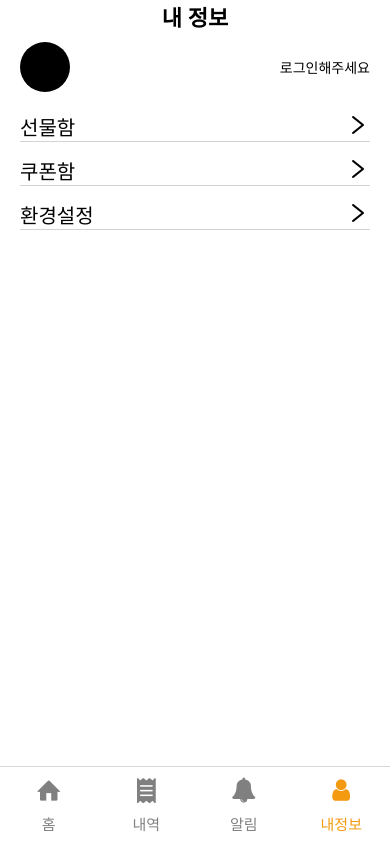
Repository: Unique0902/GachiDutch
Screen: /User
An editor plug-in stored every save of this project. The screen is shown before and after the next save, followed by the edit.
The app was drawn by React Native's web renderer in a window 390 px wide. The project was rebuilt for these pictures with package versions that can differ from the ones it lists, and the page was loaded fresh each time. Some packages were replaced by stand-ins written for this rebuild. Also part of the build but not shown: sources/components/lowBar/lowBar.jsx, sources/components/taxi/taxi.jsx, sources/components/alarm/alert.js, sources/components/alarm/alarm.jsx, sources/components/dutch_history/dutch_history.jsx, sources/components/dutchpay_historys/dutchpay_historys.jsx, sources/components/delivery_historys/delivery_historys.jsx, sources/components/taxi_historys/taxi_historys.jsx and 3 more.

Above is the screen before, as saved 2022-11-11 16:42:33.

### App.js
import React from 'react';
import { StyleSheet, Text, View, Image } from 'react-native';
import Home from './sources/components/home/home';
import { NavigationContainer } from '@react-navigation/native';
import { createNativeStackNavigator } from '@react-navigation/native-stack';
import Taxi from './sources/components/taxi/taxi';
import Main from './sources/routes/main/main';
import Login from './sources/routes/login/login';
import HttpClient from './sources/network/http.js';
import ReceiptService from './sources/services/receipt.js';
import Ready from './sources/components/ready/ready';

const Stack = createNativeStackNavigator();
const baseURL = 'https://dutch-server.herokuapp.com';
const httpClient = new HttpClient(baseURL);
const receiptService = new ReceiptService(baseURL);

export default function App() {
  return (
    <>
      <NavigationContainer>
        <Stack.Navigator screenOptions={{ headerShown: false }}>
          <Stack.Screen
            name='Main'
            children={({ navigation, route }) => (
              <Main
                receiptService={receiptService}
                navigation={navigation}
                route={route}
              />
            )}
          />
          <Stack.Screen name='Taxi' component={Taxi} />
          <Stack.Screen name='Login' component={Login} />
          <Stack.Screen name='Ready' component={Ready} />
        </Stack.Navigator>
      </NavigationContainer>
    </>
  );
}

const styles = StyleSheet.create({
  header: {
    flexDirection: 'row',
    alignItems: 'center',
    justifyContent: 'space-between',
    margin: 25,
  },
  main: {},
  container: {
    flex: 1,
    backgroundColor: '#fff',
    alignItems: 'center',
    justifyContent: 'center',
  },
  logo: {
    width: 150,
    height: 30,
  },
});

### sources/components/home/home.jsx
import React, { useRef, useState, useEffect } from 'react';
import {
  StyleSheet,
  Text,
  View,
  Image,
  Button,
  Pressable,
  ScrollView,
  Dimensions,
} from 'react-native';
import { Entypo } from '@expo/vector-icons';
import { FontAwesome } from '@expo/vector-icons';
import { FontAwesome5 } from '@expo/vector-icons';
import LowBar from '../lowBar/lowBar';
import { isLogin, getUid } from '../../services/asyncstorage';
import { StatusBar } from 'react-native';

const Home = ({ login, setLogin, navigation, setUserData, userData }) => {
  const [scrollNum, setScrollNum] = useState(1);
  const windowWidth = Dimensions.get('window').width;
  const statusBarHeight = StatusBar.currentHeight;
  const headerStyle = {
    marginTop: statusBarHeight,
  };
  let advertisementWidth = windowWidth - 40;
  const scrollWidth = parseInt(advertisementWidth);
  let scrollLeft = 0;

  const advertisementStyle = () => {
    return {
      width: advertisementWidth,
    };
  };
  const pageCircleStyle = (num) => {
    if (scrollNum === num) {
      return {
        color: '#FB9700',
      };
    } else {
      return {
        color: '#FFFDD1',
      };
    }
  };
  const scrollRef = useRef();
  return (
    <View style={[styles.home, headerStyle]}>
      <View style={styles.top}>
        <View style={styles.header}>
          <Image
            source={require('../../images/dutch_logo.png')}
            style={styles.logo}
          />
          <Pressable
            onPress={() => {
              navigation.navigate('Ready');
            }}
          >
            <Entypo name='menu' size={35} color='black' />
          </Pressable>
        </View>
        <View style={styles.mainTop}>
          {login ? (
            <View style={styles.onLogin}>
              <Text style={styles.onLoginText}>
                {userData && userData.name}님 반가워요!
              </Text>
            </View>
          ) : (
            <View style={styles.login}>
              <View style={styles.loginTop}>
                <Pressable
                  style={styles.loginBtn}
                  onPress={() =>
                    navigation.navigate('Login', { setLogin, setUserData })
                  }
                >
                  <Text style={[styles.loginText, styles.loginBtnText]}>
                    로그인
                  </Text>
                </Pressable>
                <Text style={styles.loginText}>하시고</Text>
              </View>
              <Text style={styles.loginText}>다양한 혜택을 만나 보세요!</Text>
            </View>
          )}
          <View style={styles.advertisementBox}>
            <ScrollView
              horizontal
              pagingEnabled
              contentContainerStyle={styles.advertisementScroll}
              ref={scrollRef}
              onScroll={(e) => {
                scrollLeft = parseInt(e.nativeEvent.contentOffset.x);
                if (scrollLeft % scrollWidth < 10) {
                  setScrollNum(parseInt(scrollLeft / scrollWidth + 1));
                }
              }}
              scrollEventThrottle={100}
              showsHorizontalScrollIndicator={false}
            >
              <Pressable
                style={[styles.advertisement, advertisementStyle()]}
                onPress={() => {
                  navigation.navigate('Ready');
                }}
              >
                <Image
                  source={require('../../images/advertisement_img.png')}
                  style={styles.advertisementImg}
                />
                <Text style={styles.advertisementText}>
                  같이 더치로{'\n'}편리하게 이용하세요
                </Text>
              </Pressable>
              <Pressable
                style={[styles.advertisement, advertisementStyle()]}
                onPress={() => {
                  navigation.navigate('Ready');
                }}
              >
                <Image
                  source={require('../../images/advertisement_img.png')}
                  style={styles.advertisementImg}
                />
                <Text style={styles.advertisementText}>
                  같이 더치로{'\n'}편리하게 이용하세요
                </Text>
              </Pressable>
              <Pressable
                style={[styles.advertisement, advertisementStyle()]}
                onPress={() => {
                  navigation.navigate('Ready');
                }}
              >
                <Image
                  source={require('../../images/advertisement_img.png')}
                  style={styles.advertisementImg}
                />
                <Text style={styles.advertisementText}>
                  같이 더치로{'\n'}편리하게 이용하세요
                </Text>
              </Pressable>
              <Pressable
                style={[styles.advertisement, advertisementStyle()]}
                onPress={() => {
                  navigation.navigate('Ready');
                }}
              >
                <Image
                  source={require('../../images/advertisement_img.png')}
                  style={styles.advertisementImg}
                />
                <Text style={styles.advertisementText}>
                  같이 더치로{'\n'}편리하게 이용하세요
                </Text>
              </Pressable>
            </ScrollView>
            <View style={styles.pageCircles}>
              <FontAwesome
                style={[styles.pageCircle, pageCircleStyle(1)]}
                name='circle'
                size={10}
                color='white'
              />
              <FontAwesome
                style={[styles.pageCircle, pageCircleStyle(2)]}
                name='circle'
                size={10}
                color='white'
              />
              <FontAwesome
                style={[styles.pageCircle, pageCircleStyle(3)]}
                name='circle'
                size={10}
                color='white'
              />
              <FontAwesome
                style={[styles.pageCircle, pageCircleStyle(4)]}
                name='circle'
                size={10}
                color='white'
              />
            </View>
          </View>
        </View>
      </View>
      <Pressable
        style={styles.event}
        onPress={() => {
          navigation.navigate('Ready');
        }}
      >
        <View>
          <Text style={[styles.eventText, { fontSize: 20 }]}>
            이벤트 {'   '}|
          </Text>
        </View>
        <Text style={[styles.eventText, { fontSize: 15, marginLeft: 20 }]}>
          같이더치 월 결제로 10% 할인받자!
        </Text>
        <Text style={[styles.eventText, { fontSize: 20, marginLeft: 20 }]}>
          {'>'}
        </Text>
      </Pressable>

      <View style={styles.mainBottom}>
        <View style={styles.categories}>
          <View style={styles.topBtns}>
            <View style={styles.btnShadow}>
              <Pressable
                style={styles.goodsBtn}
                onPress={() => {
                  if (login) {
                    navigation.navigate('Taxi', { userData });
                  } else {
                    navigation.navigate('Login', { setLogin, setUserData });
                  }
                }}
              >
                <Image
                  source={require('../../images/taxi_img.png')}
                  style={styles.taxiImg}
                />
                <Text style={[styles.goodText, { marginTop: 20 }]}>택시</Text>
              </Pressable>
            </View>
            <View style={styles.btnShadow}>
              <Pressable
                style={styles.goodsBtn}
                onPress={() => {
                  navigation.navigate('Ready');
                }}
              >
                <Image
                  source={require('../../images/delivery_img.png')}
                  style={styles.taxiImg}
                />
                <Text style={[styles.goodText, { marginTop: 20 }]}>배달</Text>
              </Pressable>
            </View>
          </View>
          <View style={styles.downBtns}>
            <View style={styles.btnShadow}>
              <Pressable
                style={styles.downGoodsBtn}
                onPress={() => {
                  navigation.navigate('Ready');
                }}
              >
                <Image
                  source={require('../../images/taxi_human_img.png')}
                  style={styles.peopleImg}
                />
                <Text
                  style={[styles.goodText, { marginRight: 20, marginLeft: 20 }]}
                >
                  지인끼리
                </Text>
                <Image
                  source={require('../../images/location_img.png')}
                  style={styles.peopleImg}
                />
              </Pressable>
            </View>
          </View>
        </View>
      </View>
    </View>
  );
};

export default Home;

const styles = StyleSheet.create({
  home: {
    flex: 1,
    flexDirection: 'column',
  },
  loginText: {
    paddingVertical: 5,
  },
  header: {
    flexDirection: 'row',
    alignItems: 'center',
    justifyContent: 'space-between',
    margin: 0,
    flex: 1,
  },
  mainTop: {
    flex: 6,
  },
  top: {
    flex: 6,
    padding: 20,
  },
  loginBtn: {},
  login: {
    flex: 2,
    marginTop: 15,
  },
  onLogin: {
    flex: 2,
    marginTop: 15,
  },
  onLoginText: {
    marginTop: 10,
    fontSize: 25,
    fontWeight: '600',
    color: '#444444',
  },
  loginTop: {
    flexDirection: 'row',
    alignItems: 'center',
  },
  loginText: {
    fontSize: 18,
    color: '#444444',
  },
  loginBtnText: {
    color: '#F39910',
    textDecorationLine: 'underline',
    textDecorationStyle: 'solid',
    textDecorationColor: '#000',
  },
  mainBottom: {
    flex: 6,
    padding: 15,
  },
  advertisementScroll: {
    borderRadius: 15,
    position: 'relative',
  },
  advertisementBox: {
    flex: 4,
  },
  advertisement: {
    backgroundColor: '#FBBA00',
    borderRadius: 15,
    position: 'relative',
  },
  advertisementText: {
    color: 'white',
    fontSize: 20,
    fontWeight: '800',
    marginLeft: 30,
    marginTop: 25,
  },
  advertisementImg: {
    width: '100%',
    height: '87%',
    position: 'absolute',
    borderRadius: 20,
    bottom: 0,
  },
  pageCircles: {
    flexDirection: 'row',
    position: 'absolute',
    alignItems: 'center',
    bottom: 4,
    left: 140,
  },
  pageCircle: {
    marginLeft: 3,
    marginRight: 3,
  },
  event: {
    flex: 1,
    backgroundColor: '#3C4451',
    flexDirection: 'row',
    justifyContent: 'center',
    alignItems: 'center',
  },
  categories: {
    flex: 1,
  },
  topBtns: {
    flexDirection: 'row',
    flex: 3,
  },
  downBtns: {
    flex: 2,
  },
  goodsBtn: {
    borderRadius: 20,
    backgroundColor: 'white',
    width: '100%',
    height: '100%',
    alignItems: 'center',
    justifyContent: 'center',
  },
  downGoodsBtn: {
    borderRadius: 20,
    backgroundColor: 'white',
    width: '100%',
    height: '100%',
    flexDirection: 'row',
    justifyContent: 'center',
    alignItems: 'center',
  },
  goodText: {
    fontSize: 20,
    fontWeight: '600',
  },
  btnShadow: {
    flex: 1,
    shadowOffset: {
      width: 0,
      height: 1,
    },
    shadowOpacity: 0.18,
    borderRadius: 20,
    shadowRadius: 1.0,
    elevation: 1,
    margin: 5,
  },
  eventText: {
    color: 'white',
  },
  taxiImg: {
    width: 90,
    height: 90,
  },
  peopleImg: {
    width: 60,
    height: 67,
  },
  logo: {
    width: 150,
    height: 30,
  },
});

### sources/routes/main/main.jsx
import React, { useEffect, useRef, useState } from 'react';
import { View, Button, Text } from 'react-native';
import Home from '../../components/home/home';
import LowBar from '../../components/lowBar/lowBar';
import User from '../../components/user/user';
import Alarm from '../../components/alarm/alarm';
import Receipt from '../../components/receipt/receipt';
import { createBottomTabNavigator } from '@react-navigation/bottom-tabs';
import { Entypo } from '@expo/vector-icons';
import { FontAwesome } from '@expo/vector-icons';
import { FontAwesome5 } from '@expo/vector-icons';
import { isLogin, matchUserData } from '../../services/asyncstorage';

const Tab = createBottomTabNavigator();

const Main = ({ receiptService, navigation, route }) => {
  const [login, setLogin] = useState(false);
  const [userData, setUserData] = useState(null);
  useEffect(() => {
    isLogin().then((result) => {
      if (result) {
        setLogin(true);
        console.log('로그인 되어있음!');
        matchUserData(setUserData);
      } else {
        setLogin(false);
        console.log('로그인 안되어있음!');
      }
    });
  }, [login]);
  return (
    <>
      <View style={{ flex: 14 }}>
        <Tab.Navigator
          screenOptions={({ route }) => ({
            tabBarIcon: ({ color, size }) => {
              if (route.name === 'Home') {
                return <Entypo name='home' size={size} color={color} />;
              } else if (route.name === 'Receipt') {
                return (
                  <FontAwesome5 name='receipt' size={size} color={color} />
                );
              } else if (route.name === 'Alarm') {
                return <FontAwesome name='bell' size={size} color={color} />;
              } else if (route.name === 'User') {
                return <FontAwesome name='user' size={size} color={color} />;
              }
            },
            tabBarStyle: { flex: 0.1 },
            tabBarLabelStyle: {
              fontSize: 15,
              marginBottom: 10,
              fontWeight: '500',
            },
            tabBarActiveTintColor: '#F49A11',
            tabBarInactiveTintColor: 'gray',
            headerShown: false,
          })}
        >
          <Tab.Screen
            name='Home'
            options={({ route, navigation }) => {
              return { tabBarLabel: '홈' };
            }}
            children={({ navigation }) => (
              <Home
                login={login}
                setLogin={setLogin}
                navigation={navigation}
                setUserData={setUserData}
                userData={userData}
              />
            )}
          />
          <Tab.Screen
            name='Receipt'
            options={({ route, navigation }) => {
              return { tabBarLabel: '내역' };
            }}
            children={({ navigation, route }) => (
              <Receipt
                login={login}
                navigation={navigation}
                receiptService={receiptService}
                userData={userData}
                route={route}
              />
            )}
          />
          <Tab.Screen
            options={({ route, navigation }) => {
              return { tabBarLabel: '알림' };
            }}
            name='Alarm'
            children={({ navigation }) => (
              <Alarm login={login} navigation={navigation} />
            )}
          />
          <Tab.Screen
            options={({ route, navigation }) => {
              return { tabBarLabel: '내정보' };
            }}
            name='User'
            children={({ navigation }) => (
              <User
                login={login}
                setLogin={setLogin}
                navigation={navigation}
                setUserData={setUserData}
                userData={userData}
              />
            )}
          />
        </Tab.Navigator>
      </View>
    </>
  );
};

export default Main;

### sources/network/http.js
export default class HttpClient {
  constructor(baseURL) {
    this.baseURL = baseURL;
  }

  async fetch(url, options) {
    const res = await fetch(`${this.baseURL}${url}`, {
      ...options,
      headers: {
        'Content-Type': 'application/json',
        ...options.headers,
      },
    });
    let data;
    try {
      data = await res.json();
    } catch (error) {
      console.error(error);
    }

    if (res.status > 299 || res.status < 200) {
      const message =
        data && data.message ? data.message : 'Something went wrong! 🤪';
      const error = new Error(message);
      throw error;
    }
    return data;
  }
}

### sources/services/receipt.js
export default class ReceiptService {
  constructor(http) {
    this.http = http;
  }

  getTexiHistorys = async (userId) => {
    return await fetch(`${this.http}/receipt/all/${userId}`, {
      method: 'GET',
    });
  };
}

### sources/services/asyncstorage.js
import AsyncStorage from '@react-native-async-storage/async-storage';

export const isLogin = async () => {
  try {
    const loginDatas = await AsyncStorage.getItem('loginDatas');
    console.log(loginDatas);
    if (loginDatas) {
      return true;
    } else {
      return false;
    }
  } catch (e) {
    console.error(e);
  }
};

export const logout = async () => {
  try {
    await AsyncStorage.removeItem('loginDatas');
  } catch (error) {
    console.error(error);
  }
};

export const getRefreshToken = async () => {
  try {
    const loginDatas = await AsyncStorage.getItem('loginDatas');
    if (loginDatas) {
      return JSON.parse(loginDatas).refreshToken;
    }
  } catch (e) {
    console.error(e);
  }
};

export const getUid = async () => {
  try {
    const loginDatas = await AsyncStorage.getItem('loginDatas');
    if (loginDatas) {
      return JSON.parse(loginDatas).uid;
    }
  } catch (e) {
    console.error(e);
  }
};

export const matchUserData = async (setUserData) => {
  try {
    const loginDatas = await AsyncStorage.getItem('loginDatas');
    if (loginDatas) {
      return setUserData(JSON.parse(loginDatas));
    }
  } catch (e) {
    console.error(e);
  }
};

### sources/components/user/user.jsx
import React, { useEffect, useRef, useState } from 'react';
import { StatusBar } from 'react-native';
import {
  StyleSheet,
  Text,
  View,
  Pressable,
  ScrollView,
  Image,
} from 'react-native';
import { AntDesign } from '@expo/vector-icons';
import { isLogin, logout } from '../../services/asyncstorage';

export default function User({
  login,
  setLogin,
  navigation,
  setUserData,
  userData,
}) {
  const statusBarHeight = StatusBar.currentHeight;
  const headerStyle = {
    marginTop: statusBarHeight,
  };
  const onProfilePress = () => {
    console.log('profile pressed');
  };
  const onProfileInfoPress = () => {
    if (login) {
    } else {
      navigation.navigate('Login', { setLogin: setLogin });
    }
  };
  useEffect(() => {
    console.log(login);
  }, []);
  return (
    <View style={styles.container}>
      <View>
        <Text style={[styles.header, headerStyle]}>내 정보</Text>
      </View>
      <View>
        <View style={styles.profileArea}>
          <Pressable onPress={onProfilePress}>
            <Image style={styles.profileImage} />
          </Pressable>

          <Pressable
            onPress={() => {
              onProfileInfoPress();
            }}
            style={styles.infoClickArea}
          >
            <View>
              {login ? (
                <>
                  <Text style={styles.pointText}>
                    {userData && userData.name} 님
                  </Text>
                </>
              ) : (
                <>
                  <Text>로그인해주세요</Text>
                </>
              )}
            </View>
          </Pressable>
        </View>
        {/* <Pressable
          style={{
            flexDirection: 'column',
            alignItems: 'flex-end',
            marginBottom: 15,
          }}
        >
          <View style={{ flexDirection: 'row' }}>
            <Text>*** </Text>
            <Text>Point</Text>
            <AntDesign name='right' size={24} color='black' />
          </View>
        </Pressable> */}
      </View>

      <View style={styles.menus}>
        {/* <Pressable style={styles.enterMenu}>
          <Text style={styles.menuText}>주문내역</Text>
          <AntDesign name='right' size={24} color='black' />
        </Pressable> */}
        <Pressable style={styles.enterMenu}>
          <Text style={styles.menuText}>선물함</Text>
          <AntDesign name='right' size={24} color='black' />
        </Pressable>
        <Pressable style={styles.enterMenu}>
          <Text style={styles.menuText}>쿠폰함</Text>
          <AntDesign name='right' size={24} color='black' />
        </Pressable>
        <Pressable style={styles.enterMenu}>
          <Text style={styles.menuText}>환경설정</Text>
          <AntDesign name='right' size={24} color='black' />
        </Pressable>
        {login && (
          <Pressable style={styles.logoutBtn}>
            <Text
              style={styles.logoutText}
              onPress={() => {
                logout().then(() => {
                  setLogin(false);
                  console.log('로그아웃됨!');
                  setUserData(null);
                  navigation.navigate('Main', { screen: 'Home' });
                });
              }}
            >
              로그아웃
            </Text>
          </Pressable>
        )}
      </View>
    </View>
    //내정보
  );
}

const styles = StyleSheet.create({
  container: {
    flex: 1,
    backgroundColor: '#fff',
    paddingHorizontal: 20,
  },
  header: {
    fontSize: 22,
    fontWeight: '600',
    alignSelf: 'center',
  },
  enterMenu: {
    justifyContent: 'space-between',
    flexDirection: 'row',
    marginBottom: 14,
    borderBottomColor: 'lightgray',
    borderBottomWidth: 0.5,
    borderStyle: 'solid',
  },
  menus: {
    marginTop: 20,
  },
  menuText: {
    fontSize: 20,
    fontWeight: '500',
  },
  pointText: {
    fontSize: 20,
    fontWeight: '500',
  },
  profileImage: {
    width: 50,
    height: 50,
    borderRadius: 100,
    backgroundColor: 'black',
  },
  infoArea: {
    flexDirection: 'column',
  },
  infoClickArea: {
    flexDirection: 'row',
    alignItems: 'center',
    justifyContent: 'space-between',
  },
  infoText: {
    fontSize: 24,
    fontWeight: '500',
  },
  profileArea: {
    marginTop: 10,
    flexDirection: 'row',
    justifyContent: 'space-between',
  },
  logoutBtn: {},
  logoutText: {
    fontSize: 20,
    fontWeight: '500',
    color: 'red',
  },
});

Loaded but not shown: index.js (common file)

After the next save:
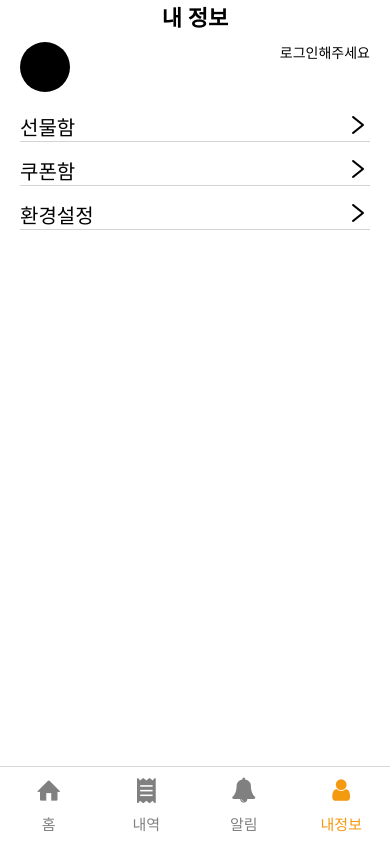
Saved 68 s later.
--- a/sources/components/user/user.jsx
+++ b/sources/components/user/user.jsx
@@ -40,32 +40,25 @@
         <Text style={[styles.header, headerStyle]}>내 정보</Text>
       </View>
       <View>
-        <View style={styles.profileArea}>
+        <Pressable style={styles.profileArea}>
           <Pressable onPress={onProfilePress}>
             <Image style={styles.profileImage} />
           </Pressable>
 
-          <Pressable
-            onPress={() => {
-              onProfileInfoPress();
-            }}
-            style={styles.infoClickArea}
-          >
-            <View>
-              {login ? (
-                <>
-                  <Text style={styles.pointText}>
-                    {userData && userData.name} 님
-                  </Text>
-                </>
-              ) : (
-                <>
-                  <Text>로그인해주세요</Text>
-                </>
-              )}
-            </View>
-          </Pressable>
-        </View>
+          <View>
+            {login ? (
+              <>
+                <Text style={styles.pointText}>
+                  {userData && userData.name} 님
+                </Text>
+              </>
+            ) : (
+              <>
+                <Text>로그인해주세요</Text>
+              </>
+            )}
+          </View>
+        </Pressable>
         {/* <Pressable
           style={{
             flexDirection: 'column',

After the 2 saves that followed:
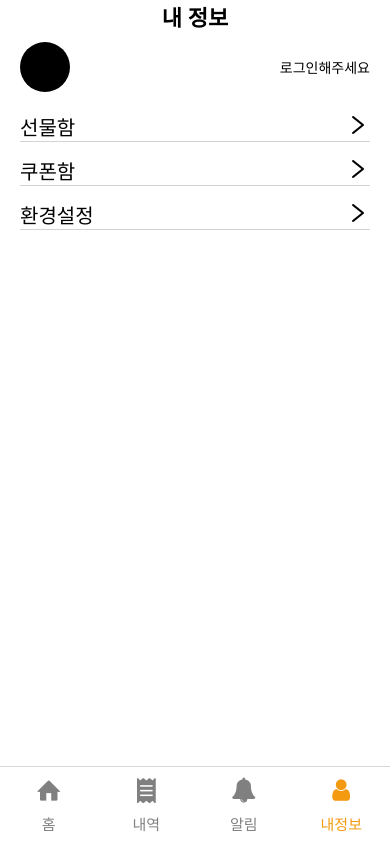
The 2 saves are shown as one change because 1 left the picture as it was.
The last was saved 55 s later.
--- a/sources/components/user/user.jsx
+++ b/sources/components/user/user.jsx
@@ -44,7 +44,6 @@
           <Pressable onPress={onProfilePress}>
             <Image style={styles.profileImage} />
           </Pressable>
-
           <View>
             {login ? (
               <>
@@ -153,11 +152,6 @@
   infoArea: {
     flexDirection: 'column',
   },
-  infoClickArea: {
-    flexDirection: 'row',
-    alignItems: 'center',
-    justifyContent: 'space-between',
-  },
   infoText: {
     fontSize: 24,
     fontWeight: '500',
@@ -166,6 +160,7 @@
     marginTop: 10,
     flexDirection: 'row',
     justifyContent: 'space-between',
+    alignItems: 'center',
   },
   logoutBtn: {},
   logoutText: {
